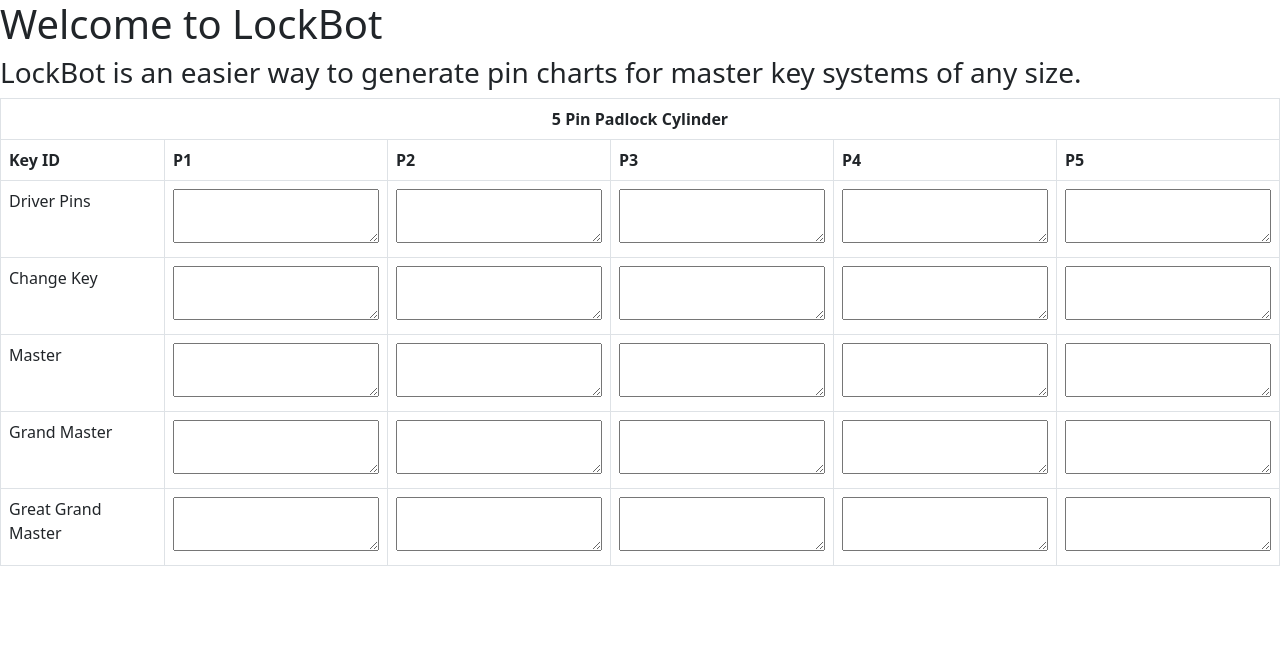
Repository: cobalt88/LockBot
Page: index.html
An editor plug-in stored every save of this project. The page is shown before and after the next save, followed by the edit.
The browser window is 1280 px wide. The pictures show the whole page.

Above is the page before, as saved 2022-03-26 12:38:59.

### index.html
<!DOCTYPE html>
<html lang="en">
  <head>
    <title>Lock Bot</title>
    <meta charset="UTF-8" />
    <meta http-equiv="X-UA-Compatible" content="IE=edge" />
    <meta name="viewport" content="width=device-width, initial-scale=1.0" />
    <title>Document</title>
    <link
      href="https://cdn.jsdelivr.net/npm/bootstrap@5.1.3/dist/css/bootstrap.min.css"
      rel="stylesheet"
      integrity="sha384-1BmE4kWBq78iYhFldvKuhfTAU6auU8tT94WrHftjDbrCEXSU1oBoqyl2QvZ6jIW3"
      crossorigin="anonymous"
    />
    <link rel="stylesheet" href="./assets/style.css" />
  </head>

  <body>
    <header>
      <!-- create a header/title -->
      <h1>Welcome to LockBot</h1>
      <h3>LockBot is an easier way to generate pin charts for master key systems of any size. </h3>
    </header>
    <main>
      <aside>
        <!-- create a side menu that has a selection of functions based on what they want to do -->
        <!-- yale 5 pin, 6pin, 7pin systems -->
        <!-- LFIC or standard - basically does it need a control key? -->
        <!-- american padlocks, master padlocks -->
        <!-- cam locks, include pin tumbler and wafer cylinder -->
        <!-- yale key systems and keyways flow chart -->
        <!-- load a saved system or start from scratch -->
      </aside>
      <section id="about">
        <!-- create a simple set of instructions for using the application -->
        <!-- provide some examples of how ti use it -->
        <!-- list or explain all the different options available -->
      </section>
      <section>
        <!-- make a table for the actual function. Start with 5 pin padlock -->
        <table class="table table-bordered">
          <tr>
            <th colspan="6" style="text-align: center;"> 5 Pin Padlock Cylinder</th>
          </tr>
          <tr>
            <th>Key ID</th>
            <th>P1</th>
            <th>P2</th>
            <th>P3</th>
            <th>P4</th>
            <th>P5</th>
          </tr>
          <tr>
            <td>Driver Pins</td>
            <td><textarea></textarea></td>
            <td><textarea></textarea></td>
            <td><textarea></textarea></td>
            <td><textarea></textarea></td>
            <td><textarea></textarea></td>
          </tr>
          <tr>
            <td>Change Key</td>
            <td><textarea></textarea></td>
            <td><textarea></textarea></td>
            <td><textarea></textarea></td>
            <td><textarea></textarea></td>
            <td><textarea></textarea></td>
          </tr>
          <tr>
            <td>Master</td>
            <td><textarea></textarea></td>
            <td><textarea></textarea></td>
            <td><textarea></textarea></td>
            <td><textarea></textarea></td>
            <td><textarea></textarea></td>
          </tr>
          <tr>
            <td>Grand Master</td>
            <td><textarea></textarea></td>
            <td><textarea></textarea></td>
            <td><textarea></textarea></td>
            <td><textarea></textarea></td>
            <td><textarea></textarea></td>
          </tr>
          <tr>
            <td>Great Grand Master</td>
            <td><textarea></textarea></td>
            <td><textarea></textarea></td>
            <td><textarea></textarea></td>
            <td><textarea></textarea></td>
            <td><textarea></textarea></td>
          </tr>
        </table>
      </section>
    </main>

    <footer></footer>

    <script
      src="https://cdn.jsdelivr.net/npm/bootstrap@5.1.3/dist/js/bootstrap.bundle.min.js"
      integrity="sha384-ka7Sk0Gln4gmtz2MlQnikT1wXgYsOg+OMhuP+IlRH9sENBO0LRn5q+8nbTov4+1p"
      crossorigin="anonymous"
    ></script>
  </body>
</html>

Loaded but not shown: assets/style.css (no stored copy; drawn as an empty file)

After the next save:
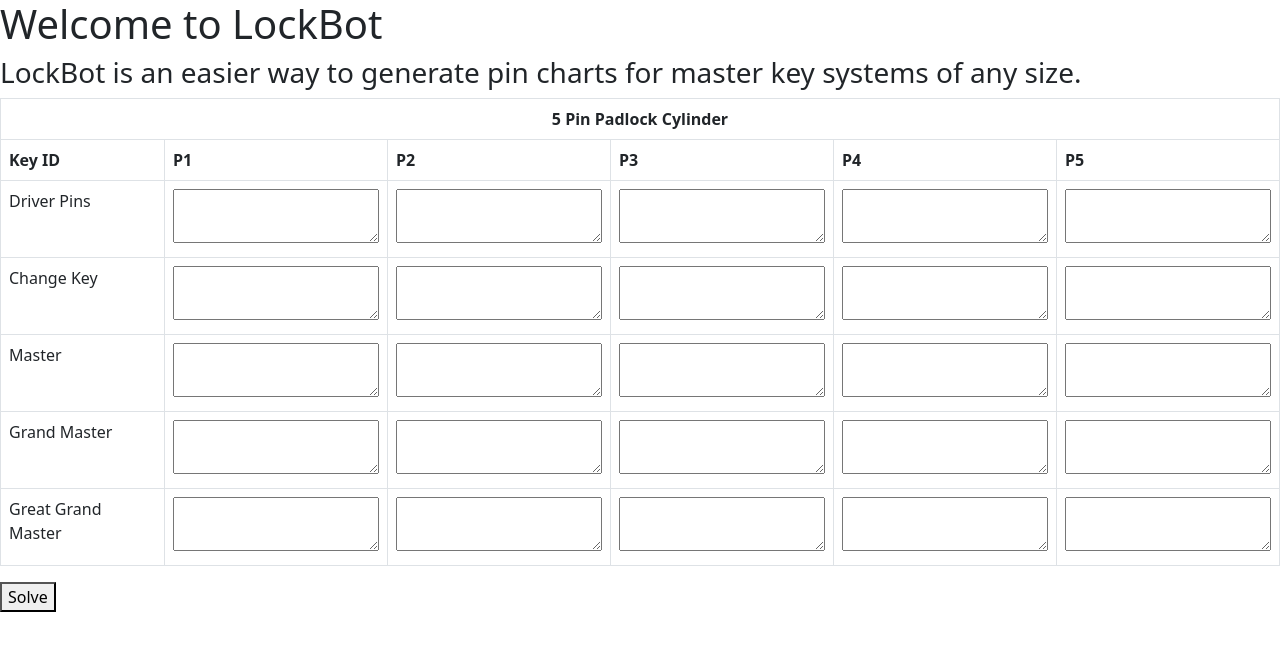
Saved 37 s later.
--- a/index.html
+++ b/index.html
@@ -91,6 +91,7 @@
             <td><textarea></textarea></td>
           </tr>
         </table>
+        <button id="solve">Solve</button>
       </section>
     </main>
 
